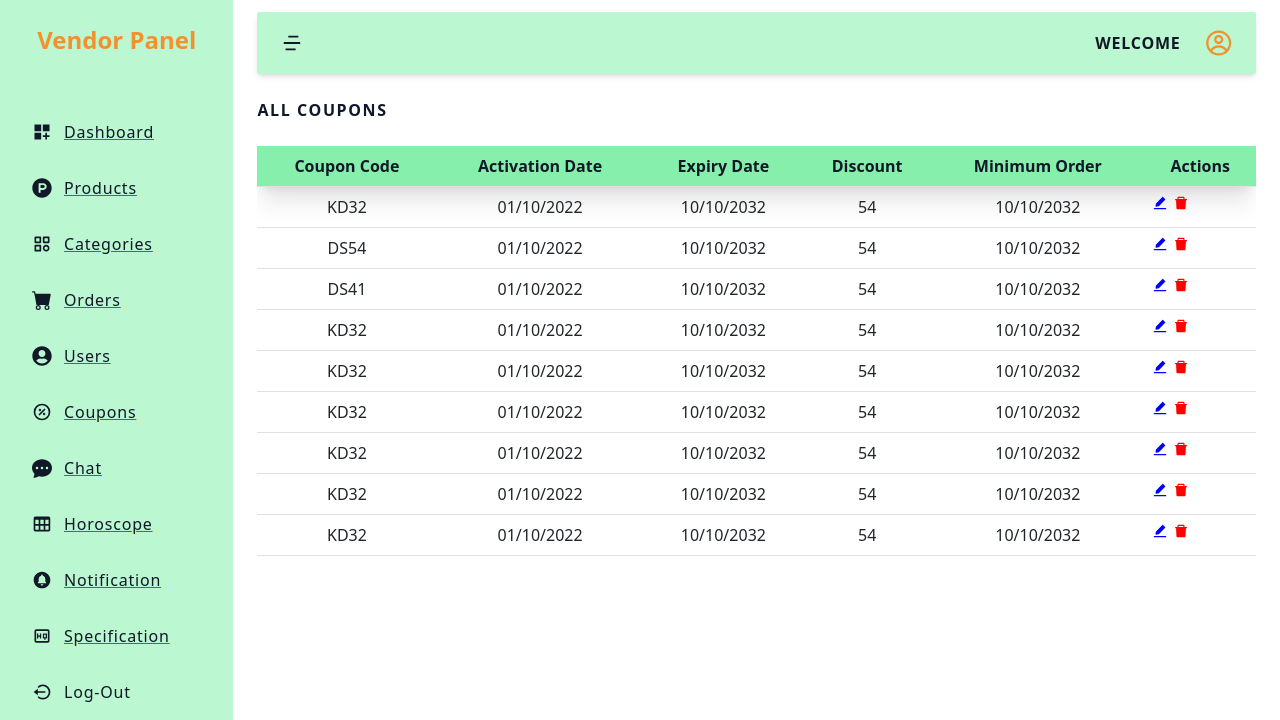
Repository: FlyweisReact/JitenderAdminPanel
Page: /discount
The author's editor kept a copy of each file at every save. The page is drawn from the files as they stood at one save, then again after a run of saves.
The browser window is 1280 px wide. The pictures show the whole page.
An inner scrolling area shows only its first screen. The project was rebuilt for these pictures with package versions that can differ from the ones it lists, and the page was loaded fresh each time. Also part of the build but not shown: src/components/forms/Login.jsx, src/components/pages/Dashboard.jsx, src/components/vendorPanel/components/layout/Navbar.jsx, src/components/vendorPanel/components/layout/Sidebar.jsx, src/components/vendorPanel/components/layout/HOC.jsx, src/components/vendorPanel/components/pages/Message/Message.js, src/components/pages/UserKundli/UserKundli.jsx, src/components/pages/reactChat/Chat.js and 18 more.

Above is the page before, as saved 2022-11-05 16:54:18.

### public/index.html
<!-- @format -->

<!DOCTYPE html>
<html lang="en">
  <head>
    <meta charset="utf-8" />
    <!-- <link rel="icon" href="%PUBLIC_URL%/favicon.png" /> -->
    <meta name="viewport" content="width=device-width, initial-scale=1" />
    <meta name="theme-color" content="#000000" />
    <meta
      name="description"
      content="Web site created using create-react-app"
    />
    <link rel="apple-touch-icon" href="%PUBLIC_URL%/favicon.ico?v=2" />

    <link rel="manifest" href="%PUBLIC_URL%/manifest.json" />

    <title>Astrologers Panel</title>
  </head>
  <body>
    <noscript>You need to enable JavaScript to run this app.</noscript>
    <div id="root"></div>
    <script src="https://code.jquery.com/jquery-3.6.0.min.js"></script>
  </body>
</html>

### src/index.js
import React from "react";
import ReactDOM from "react-dom/client";
import "./index.css";
import App from "./App";
import { BrowserRouter } from "react-router-dom";
import 'bootstrap/dist/css/bootstrap.min.css'

const root = ReactDOM.createRoot(document.getElementById("root"));
root.render(
  <React.StrictMode>
    <BrowserRouter>
      <App />
    </BrowserRouter>
  </React.StrictMode>
);

### src/index.css
/** @format */

@tailwind base;
@tailwind components;
@tailwind utilities;

body {
  margin: 0;
  font-family: -apple-system, BlinkMacSystemFont, "Segoe UI", "Roboto", "Oxygen",
    "Ubuntu", "Cantarell", "Fira Sans", "Droid Sans", "Helvetica Neue",
    sans-serif;
  -webkit-font-smoothing: antialiased;
  -moz-osx-font-smoothing: grayscale;
}

code {
  font-family: source-code-pro, Menlo, Monaco, Consolas, "Courier New",
    monospace;
}

/* Wcomponents */
.wcomp::-webkit-scrollbar {
  width: 0px;
}
::-webkit-scrollbar {
  width: 0px;
}
::-webkit-scrollbar-track {
  background: #696f78;
}
/* Handle */
::-webkit-scrollbar-thumb {
  background: #b4b8bf;
}

.main-card--container {
  display: grid;
  grid-template-columns: repeat(3, minmax(300px, 500px));
  grid-gap: 50px;
  justify-content: space-around;
}
.card-container {
  margin: 25px 0 auto;

  position: relative;
  display: grid;
  grid-template-columns: 1fr;
  justify-content: space-around;
  align-items: flex-start;
}

.img-thumbnail {
  width: 80px;
}
.img-large {
  max-width: 80%;
}

### src/App.js
/** @format */

import { Routes, Route, Link } from "react-router-dom";
import Login from "./components/forms/Login";
import Dashboard from "./components/pages/Dashboard";
import { ToastContainer } from "react-toastify";
import MSG from './components/vendorPanel/components/pages/Message/Message'
import "react-toastify/dist/ReactToastify.css";
import UserKundli from "./components/pages/UserKundli/UserKundli";
import Discount from "./components/pages/discount/Discount";
import Chat from "./components/pages/reactChat/Chat";
import Horoscope from "./components/pages/horoScope/Horoscope";
import Specification from "./components/pages/SpecificationPage/Specification";
import VendorLogin from "./components/vendorPanel/components/forms/VendorLogin";
import VendorDashboard from "./components/vendorPanel/components/pages/VendorDashboard";
import Fedd from "./components/pages/FeedBack/Fedd";
import Astrologers from "./components/vendorPanel/components/pages/Astrologer/Astrologers";
import Users from "./components/vendorPanel/components/pages/Users/Users";
import Kundli from "./components/vendorPanel/components/pages/Kundli/Kundli";
import AdminHoro from "./components/vendorPanel/components/pages/Horoscope/Horoscope";
import Forgot from "./components/vendorPanel/components/forms/Forgot";
import ResetPassword from "./components/vendorPanel/components/forms/ResetPassword";
import Changepassword from "./components/vendorPanel/components/forms/Changepassword";
import TimeSlots from "./components/pages/TimeSlots/TimeSlots";
import Documents from "./components/pages/Documents/Documents";
import Banner from "./components/pages/Banner/Banner";
import Notify from "./components/pages/Notifications/Notify";
import Booking from "./components/vendorPanel/components/pages/Booking/Booking";
import ProductDetail from "./components/pages/FeedBack/ProductDetail";

function App() {
  return (
    <>
      <ToastContainer />


      <Routes>
        <Route path="/" element={<Login />} />
        <Route path="/dashboard" element={<Dashboard />} />
        <Route path="/userkundli" element={<UserKundli />} />
        <Route path="/discount" element={<Discount />} />
        <Route path="/horoscope" element={<Horoscope />} />
        <Route path="/specification" element={<Specification />} />
        <Route path="/chat" element={<Chat />} />
        <Route path="feedback" element={<Fedd />} />
        <Route path="/time" element={<TimeSlots />} />
        <Route path="/document" element={<Documents />} />
        <Route path="/ban" element={<Banner />} />
        <Route path='/not' element={<Notify />} />
        <Route path="/viewProduct" element={<ProductDetail />} />
        {/* Admin Panel */}
        <Route path="/vendorLogin" element={<VendorLogin />} />
        <Route path="/otp" element={<Forgot />} />
        <Route path="/book" element={<Booking />} />
        <Route path='/msg' element={ <MSG /> } />
        <Route path="/resetPass" element={<ResetPassword />} />
        <Route path="/resetPassword" element={<Changepassword />} />
        <Route path="/vendorDashboard" element={<VendorDashboard />} />
        <Route path="/astro" element={<Astrologers />} />
        <Route path="/users" element={<Users />} />
        <Route path="/kundli" element={<Kundli />} />
        <Route path="/horo" element={<AdminHoro />} />
      </Routes>
    </>
  );
}

export default App;

### src/components/pages/discount/Discount.jsx
/** @format */

import React, { useEffect, useState } from "react";
import { IoMdClose } from "react-icons/io";
import { AiFillEdit, AiFillDelete, AiFillEye } from "react-icons/ai";
import HOC from "../../layout/HOC";
import axios from "axios";
import { toast } from "react-toastify";
import Table from "react-bootstrap/Table";
import { useNavigate } from "react-router-dom";
import Button from "react-bootstrap/Button";
import Modal from "react-bootstrap/Modal";
import Form from "react-bootstrap/Form";

const products = [
  {
    code: "KD32",
    ActivationDate : "01/10/2022",
    Expirydate : "10/10/2032",
    discount : "54",
    minOrder : "300",
  },
  {
    code: "DS54",
    ActivationDate : "01/10/2022",
    Expirydate : "10/10/2032",
    discount : "54",
    minOrder : "845",
  },
  {
    code: "DS41",
    ActivationDate : "01/10/2022",
    Expirydate : "10/10/2032",
    discount : "54",
    minOrder : "300",
  },

  {
    code: "KD32",
    ActivationDate : "01/10/2022",
    Expirydate : "10/10/2032",
    discount : "54",
    minOrder : "300",
  },
  {
    code: "KD32",
    ActivationDate : "01/10/2022",
    Expirydate : "10/10/2032",
    discount : "54",
    minOrder : "300",
  },
  {
    code: "KD32",
    ActivationDate : "01/10/2022",
    Expirydate : "10/10/2032",
    discount : "54",
    minOrder : "300",
  },

  {
    code: "KD32",
    ActivationDate : "01/10/2022",
    Expirydate : "10/10/2032",
    discount : "54",
    minOrder : "300",
  },
  {
    code: "KD32",
    ActivationDate : "01/10/2022",
    Expirydate : "10/10/2032",
    discount : "54",
    minOrder : "300",
  },
  {
    code: "KD32",
    ActivationDate : "01/10/2022",
    Expirydate : "10/10/2032",
    discount : "54",
    minOrder : "300",
  },
];

// Edit Order Modal ------------------------------------------------------------

function MyVerticallyCenteredModal(props) {
  return (
    <Modal
      {...props}
      size="lg"
      aria-labelledby="contained-modal-title-vcenter"
      centered
    >
      <Modal.Header closeButton>
        <Modal.Title id="contained-modal-title-vcenter">Edit Order</Modal.Title>
      </Modal.Header>
      <Modal.Body>
        <Form>
          <Form.Group className="mb-3" controlId="formBasicEmail">
            <Form.Label>Delivered</Form.Label>
            <Form.Select aria-label="Default select example">
              <option>delivery Status</option>
              <option value="1">Yes</option>
              <option value="2">No</option>
            </Form.Select>
          </Form.Group>
          <Form.Group className="mb-3" controlId="formBasicEmail">
            <Form.Label>Order Status</Form.Label>
            <Form.Select aria-label="Default select example">
              <option>Order Status</option>
              <option value="1">Confirmed</option>
              <option value="2">Denied</option>
            </Form.Select>
          </Form.Group>
          <Form.Group className="mb-3" controlId="formBasicEmail">
            <Form.Label>Payment Stsua</Form.Label>
            <Form.Select aria-label="Default select example">
              <option>Payment Status</option>
              <option value="1">Success</option>
              <option value="2">Pending</option>
            </Form.Select>
          </Form.Group>

          <Button variant="primary" type="submit">
            Submit
          </Button>
        </Form>
      </Modal.Body>
    </Modal>
  );
}

// Edit Order Modal Ends Here ---------------------------------------------------

const Discount = () => {
  const [modalShow, setModalShow] = React.useState(false);

  return (
    <>
      {/* ------------------------------------------------------------- */}

      <MyVerticallyCenteredModal
        show={modalShow}
        onHide={() => setModalShow(false)}
      />

      {/* ------------------------------------------------------------- */}

      <section>
        <div className="pb-4 sticky top-0  w-full flex justify-between items-center bg-white">
          <span className="tracking-widest text-slate-900 font-semibold uppercase ">
            All Coupons
          </span>
        </div>

        <div style={{ maxWidth: "100%", overflow: "auto" }}>
          <Table style={{ paddingTop: "5%", textAlign: "center" }}>
            <thead>
              <tr className=" border-b bg-green-300 shadow-xl text-gray-900">
                <th>Coupon Code</th>
                <th>Activation Date</th>
                <th>Expiry Date</th>
                <th>Discount</th>
                <th>Minimum Order</th>
                <th>Actions</th>
              </tr>
            </thead>
            <tbody>
              {products?.map((i, index) => (
                <tr key={index} style={{ marginTop: "1%" }}>
                <td>{i.code} </td>
                <td>{i.ActivationDate} </td>
                <td>{i.Expirydate} </td>
                <td>{i.discount} </td>
                <td>{i.Expirydate} </td>
                  <td>
                    <span style={{ display: "flex", gap: "5px" }}>
                      <AiFillEdit
                        color="blue"
                        cursor="pointer"
                        onClick={() => setModalShow(true)}
                      />
                      <AiFillDelete color="red" cursor="pointer" />
                    </span>
                  </td>
                </tr>
              ))}
            </tbody>
          </Table>
        </div>
      </section>
    </>
  );
};

export default HOC(Discount);

### src/components/layout/HOC.jsx
import React, { useState } from "react";
import Navbar from "./Navbar";
import Sidebar from "./Sidebar";

const HOC = (Wcomponenet) => {
  return function Component() {
    const [hamb, setHamb] = useState(false);
    return (
      <>
        <section className="flex overflow-x-hidden">
          {/* Sidebar */}
          <div
            className={
              hamb
                ? " absolute top-0 z-30 md:w-auto shadow-md bg-slate-200  w-60 transition-all md:-left-full left duration-150  h-screen  left-0 "
                : " md:w-72 z-30 bg-green-200  shadow-md  md:static absolute top-0 -left-full  h-screen transition-all duration-150 "
            }
          >
            <Sidebar hamb={hamb} setHamb={setHamb} />
          </div>
          {/* Components & Navbar */}
          <div
            className={
              hamb
                ? " transition-all px-4 py-2  bg-white duration-150 w-full h-screen"
                : " w-full h-screen  px-4 py-2  bg-white z-50 transition-all duration-150 "
            }
          >
            <Navbar hamb={hamb} setHamb={setHamb} />
            <div className="my-6 text-white h-[87%] wcomp overflow-y-auto">
              <Wcomponenet />
            </div>
          </div>
        </section>
      </>
    );
  };
};

export default HOC;

### src/components/layout/Navbar.jsx
import { RiMenu4Line } from "react-icons/ri";
import { useNavigate } from "react-router-dom";
import { toast } from "react-toastify";
import { CgProfile } from "react-icons/cg";
import { IoMdClose, IoMdNotifications } from "react-icons/io";
import { useState } from "react";
import Button from "react-bootstrap/Button";
import Modal from "react-bootstrap/Modal";
import Container from "react-bootstrap/Container";
import Form from "react-bootstrap/Form";


function MyVerticallyCenteredModal(props) {
  return (
    <Modal
      {...props}
      size="lg"
      aria-labelledby="contained-modal-title-vcenter"
      centered
    >
      <Modal.Header closeButton>
        <Modal.Title id="contained-modal-title-vcenter">
          Edit Profile
        </Modal.Title>
      </Modal.Header>
      <Modal.Body>
        <Container style={{ width: "600px" }}>
          <Form>
            <Form.Group className="mb-3" controlId="formBasicEmail">
              <Form.Label>Name</Form.Label>
              <Form.Control type="text" placeholder="Admin" />
            </Form.Group>
            <Form.Group className="mb-3" controlId="formBasicPassword">
              <Form.Label>Email Address</Form.Label>
              <Form.Control type="email" placeholder="vendor@gmail.com" />
            </Form.Group>
            <Form.Group className="mb-3" controlId="formBasicPassword">
              <Form.Label>Password</Form.Label>
              <Form.Control type="password" placeholder="Password" />
            </Form.Group>
            <Form.Group className="mb-3" controlId="formBasicPassword">
              <Form.Label>Profile Image</Form.Label>
              <Form.Control type="file"/>
            </Form.Group>
            <Button variant="outline-success" type="submit">
              Edit
            </Button>
          </Form>
        </Container>
      </Modal.Body>

    </Modal>
  );
}



const Navbar = ({ hamb, setHamb }) => {
  const [modalShow, setModalShow] = useState(false);



  return (
    <>

      <MyVerticallyCenteredModal
        show={modalShow}
        onHide={() => setModalShow(false)}
      />

      <div
        className={
          hamb
            ? "flex  w-full justify-between  my-1 rounded-sm  p-4 py-3 shadow-md items-center  bg-green-200 space-x-4"
            : "flex  w-full justify-between my-1 rounded-sm  p-4 py-3 shadow-md items-center  bg-green-200 space-x-4"
        }
      >
        <RiMenu4Line
          onClick={() => setHamb(!hamb)}
          className="text-2xl font-bold text-gray-900 hover:scale-90 cursor-pointer"
        />

        {/* Profile */}
        <section className="flex sm:ml-auto justify-end sm:w-full items-center space-x-2  pr-2">
          <span className="cursor-pointer text-2xl">
            {/* <IoMdNotifications /> */}
          </span>
          <figcaption className="tracking-wider pl-1 font-semibold">
            {" "}
            <div className="lg:text-base text-sm text-gray-900  uppercase">
              Welcome
            </div>
          </figcaption>
        </section>
        <CgProfile
          onClick={() => setModalShow(true)}
          className="text-2xl sm:text-3xl font-bold text-[rgb(241,146,46)] cursor-pointer"
        />

      </div>
    </>
  );
};

export default Navbar;

### src/components/layout/Sidebar.jsx
/** @format */

import React from "react";
import { RiCloseLine } from "react-icons/ri";
import { Link, useNavigate } from "react-router-dom";
import { BsFillChatDotsFill } from "react-icons/bs";
import { MdOutlineHighQuality  ,MdCircleNotifications} from "react-icons/md";
import { BiTable } from "react-icons/bi";
import { BiLogOutCircle , BiCategory } from "react-icons/bi";
import { TbDiscount } from "react-icons/tb";
import { FaProductHunt  ,FaUserCircle } from "react-icons/fa";
import {IoIosTime ,IoMdImages} from 'react-icons/io'
import {GrDocumentPdf} from 'react-icons/gr'
import {BsFillCartFill} from 'react-icons/bs'

import { MdDashboardCustomize } from "react-icons/md";
import { toast } from "react-toastify";

const Sidebar = ({ hamb, setHamb }) => {
  const navigate = useNavigate();

  const nav = [
    {
      icon: <MdDashboardCustomize className="text-xl mr-3" />,
      link: "/dashboard",
      name: "Dashboard",
    },
    {
      icon: <FaProductHunt className="text-xl mr-3" />,
      link: "/feedback",
      name: "Products",
    },
    {
      icon: <BiCategory className="text-xl mr-3" />,
      link: "/userkundli",
      name: "Categories",
    },
    {
      icon: <BsFillCartFill className="text-xl mr-3" />,
      link: "/time",
      name: "Orders",
    },
    {
      icon: <FaUserCircle className="text-xl mr-3" />,
      link: "/document",
      name: "Users",
    },
    // {
    //   icon: <IoMdImages className="text-xl mr-3" />,
    //   link: "/ban",
    //   name: "Banners",
    // },
    {
      icon: <TbDiscount className="text-xl mr-3" />,
      link: "/discount",
      name: "Coupons",
    },
    {
      icon: <BsFillChatDotsFill className="text-xl mr-3" />,
      link: "/chat",
      name: "Chat",
    },
    {
      icon: <BiTable className="text-xl mr-3" />,
      link: "/horoscope",
      name: "Horoscope",
    },
    {
      icon: <MdCircleNotifications className="text-xl mr-3" />,
      link: "/not",
      name: "Notification",
    },
    {
      icon: <MdOutlineHighQuality className="text-xl mr-3" />,
      link: "/specification",
      name: "Specification",
    },
  ];

  const logOut = () => {
    navigate("/");
    toast.success("Log -Out Successfull");
  };
  return (
    <>
      <aside className="p-4 bg-green-200">
        {/* Top */}
        <div className="w-full md:hidden relative  p-2 mb-4">
          <RiCloseLine
            onClick={() => setHamb(!hamb)}
            className="text-3xl  absolute top-2 sm:hover:rotate-[228deg] transition-transform font-bold right-2 sm:hover:text-[22px] text-[rgb(241,146,46)] cursor-pointer"
          />
        </div>
        {/* Logo */}
        <figure className="flex  flex-col items-center">
          <span className="font-bold text-[rgb(241,146,46)] text-2xl">
            Vendor Panel
            {/* <img src={image} className="h-24" /> */}
          </span>
        </figure>
        {/* Nav-menu */}
        <nav className="py-6">
          {nav.map((nav) => {
            return (
              <Link to={nav.link} key={nav.name} className="">
                <span className="flex my-3 items-center cursor-pointer text-gray-900    tracking-wider p-2 rounded-sm">
                  {nav.icon} {nav.name}
                </span>
              </Link>
            );
          })}
          <span
            className="flex my-3 items-center cursor-pointer text-gray-900    tracking-wider p-2 rounded-sm"
            onClick={() => logOut()}
          >
            <BiLogOutCircle className="text-xl mr-3" /> Log-Out
          </span>
        </nav>
      </aside>
    </>
  );
};

export default Sidebar;

Loaded but not shown: tailwind.config.js (common file)

After the next 2 saves:
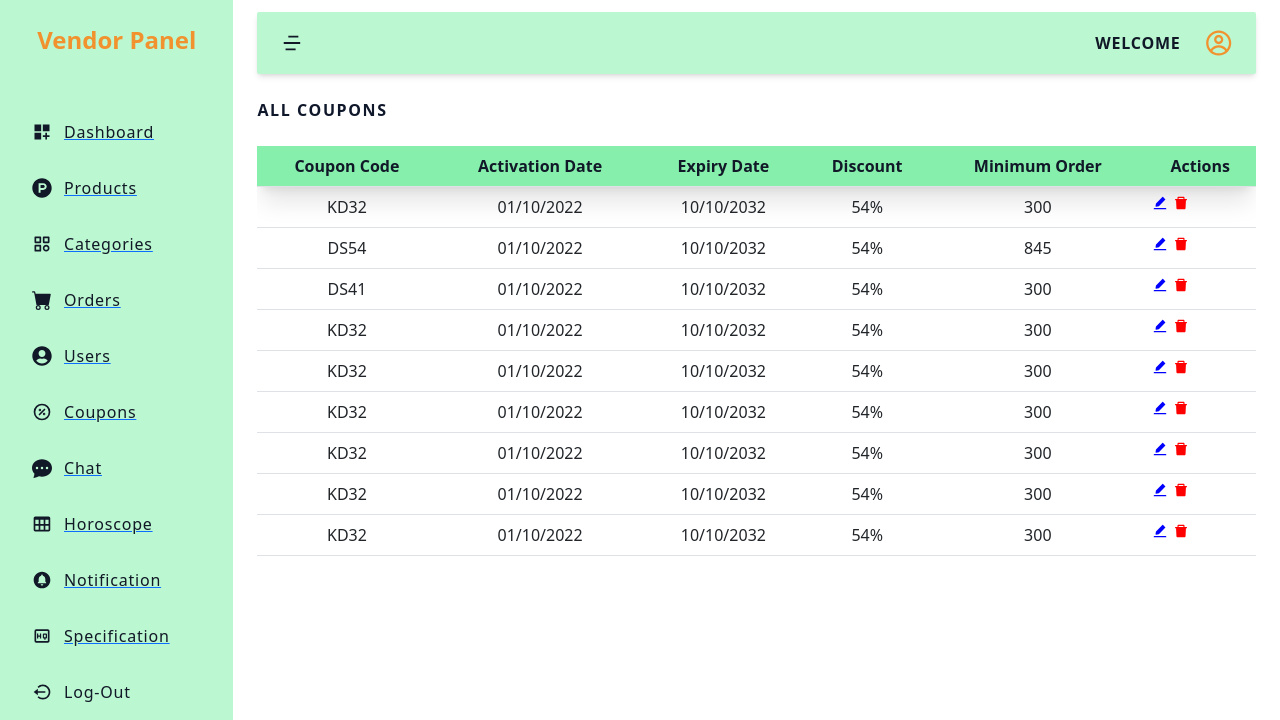
The 2 saves are shown as one change because they came seconds apart.
The last was saved 7 s later.
--- a/src/components/pages/discount/Discount.jsx
+++ b/src/components/pages/discount/Discount.jsx
@@ -170,8 +170,8 @@ const Discount = () => {
                 <td>{i.code} </td>
                 <td>{i.ActivationDate} </td>
                 <td>{i.Expirydate} </td>
-                <td>{i.discount} </td>
-                <td>{i.Expirydate} </td>
+                <td>{i.discount}% </td>
+                <td>{i.minOrder} </td>
                   <td>
                     <span style={{ display: "flex", gap: "5px" }}>
                       <AiFillEdit
